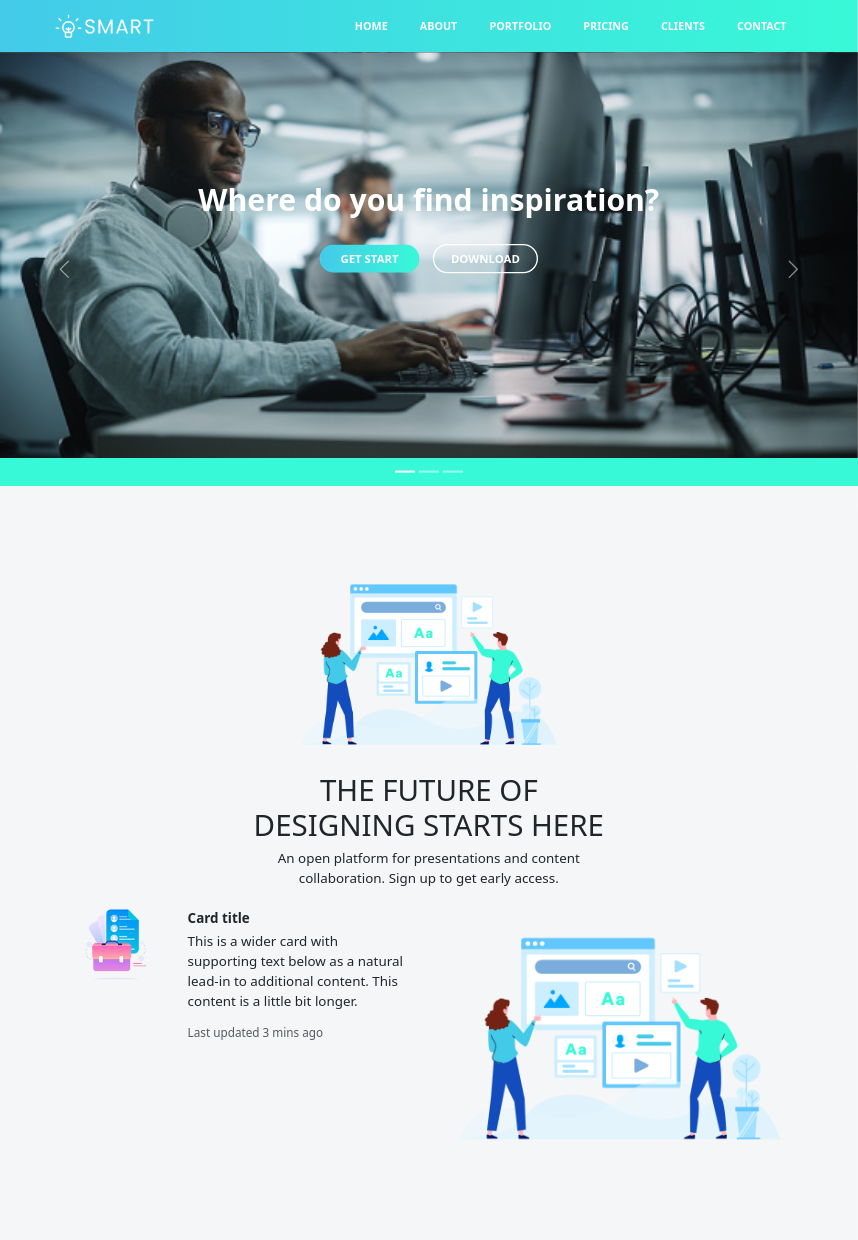
Repository: rizwan-zafar/smart-React
Page: /
The author's editor kept a copy of each file at every save. The page is drawn from the files as they stood at one save, then again after the next save.
The browser window is 1280 px wide. The pictures show the whole page, at 67% of full size.
The project was rebuilt for these pictures with package versions that can differ from the ones it lists, and the page was loaded fresh each time.

Above is the page before, as saved 2022-11-17 11:25:56.

### public/index.html
<!DOCTYPE html>
<html lang="en">
  <head>
    <meta charset="utf-8" />
    <link rel="icon" href="%PUBLIC_URL%/favicon.ico" />
    <meta name="viewport" content="width=device-width, initial-scale=1" />
    <meta name="theme-color" content="#000000" />
    <meta
      name="description"
      content="Web site created using create-react-app"
    />
    <link rel="apple-touch-icon" href="%PUBLIC_URL%/logo192.png" />
    <!--
      manifest.json provides metadata used when your web app is installed on a
      user's mobile device or desktop. See https://developers.google.com/web/fundamentals/web-app-manifest/
    -->
    <link rel="manifest" href="%PUBLIC_URL%/manifest.json" />
    <!--
      Notice the use of %PUBLIC_URL% in the tags above.
      It will be replaced with the URL of the `public` folder during the build.
      Only files inside the `public` folder can be referenced from the HTML.

      Unlike "/favicon.ico" or "favicon.ico", "%PUBLIC_URL%/favicon.ico" will
      work correctly both with client-side routing and a non-root public URL.
      Learn how to configure a non-root public URL by running `npm run build`.
    -->
    <title>React App</title>
  </head>
  <body>
    <noscript>You need to enable JavaScript to run this app.</noscript>
    <div id="root"></div>

   </body>
</html>

### src/index.js
import React from 'react';
import './index.css';
import "../node_modules/bootstrap/dist/css/bootstrap.min.css"
import "../node_modules/bootstrap/dist/js/bootstrap.min.js"
import "./Components/FontawsomeIcons"
import ReactDOM from 'react-dom/client';
import App from './App';
const root = ReactDOM.createRoot(document.getElementById('root'));
root.render(
  <React.StrictMode>
    <App />
  </React.StrictMode>
);

// If you want to start measuring performance in your app, pass a function
// to log results (for example: reportWebVitals(console.log))
// or send to an analytics endpoint. Learn more: https://bit.ly/CRA-vitals

### src/Components/FontawsomeIcons/index.js
import {library} from "@fortawesome/fontawesome-svg-core"
import {faUser,faBars,faPlus} from "@fortawesome/free-solid-svg-icons"
library.add(faUser,faBars,faPlus)

### src/App.js
 import HomePage from "./Pages/Home"
function App() {
  return (
    <div className="App">
        <HomePage />
    </div>
  );
}

export default App;

### src/Pages/Home.js
import React from 'react'
import Navbar from "../Components/Navbar"
import Slider from "../Components/Slider"
import Service from "../Components/Service";
export default function Home() {
    return (
        <div>
            <Navbar />
            <Slider />
            <Service />
        </div>
    )
}

### src/Components/Navbar.js
import React from 'react'
import "../Css/Navbar.css"

import { FontAwesomeIcon } from "@fortawesome/react-fontawesome"
export default function Navbar() {
    const [hamburgerIcon, setHamburgerIcon] = React.useState('bars')
    const [rotateIcon, setRotateIcon] = React.useState('')
    const handleHumBurger = (hamburgerIcon) => {
        if (hamburgerIcon === 'bars') {
            setRotateIcon('icon-rotate')
            setHamburgerIcon('plus')
        } else {
            setRotateIcon('anti-icon-rotate')
            setHamburgerIcon("bars")
        }
    }
     return (
        <div className="NavContainer">
            <nav className="navbar navbar-expand-lg navbar-dark">
                <div className="container">
                    <a className="navbar-brand" href="/">
                        <img className="img-fluid" src="Images/logo.png" alt="not found" />
                    </a>
                    <div className="navbar-toggler" type="button" data-bs-toggle="collapse"   onClick={() => { handleHumBurger(hamburgerIcon) }} data-bs-target="#navbarNav" aria-controls="navbarNav" aria-expanded="false" aria-label="Toggle navigation">
                        <FontAwesomeIcon  className={rotateIcon} icon={hamburgerIcon}  />
                    </div>
                    <div className="collapse navbar-collapse navSetting" id="navbarNav">
                        <ul className="navbar-nav ms-auto">
                            <li className="nav-item">
                                <a className="nav-link active" aria-current="page" href="/">Home</a>
                            </li>
                            <li className="nav-item">
                                <a className="nav-link" href="/">ABOUT</a>
                            </li>
                            <li className="nav-item">
                                <a className="nav-link" href="/">PORTFOLIO</a>
                            </li>

                            <li className="nav-item">
                                <a className="nav-link" href="/">PRICING</a>
                            </li>

                            <li className="nav-item">
                                <a className="nav-link" href="/">CLIENTS</a>
                            </li>

                            <li className="nav-item">
                                <a className="nav-link" href="/">CONTACT</a>
                            </li>

                        </ul>
                    </div>
                </div>
            </nav>
        </div>
    )
}

### src/Components/Slider.js
import React from 'react'
import "../Css/Slider.css"

export default function Slider() {
    return (
        <div className="sliderContainer">
            <div id="carouselExampleCaptions" className="carousel slide" data-bs-ride="false">

                <div className="carousel-indicators">
                    <button type="button" data-bs-target="#carouselExampleCaptions" data-bs-slide-to="0" className="active" aria-current="true" aria-label="Slide 1"></button>
                    <button type="button" data-bs-target="#carouselExampleCaptions" data-bs-slide-to="1" aria-label="Slide 2"></button>
                    <button type="button" data-bs-target="#carouselExampleCaptions" data-bs-slide-to="2" aria-label="Slide 3"></button>
                </div>

                <div className="carousel-inner">
                    <div className="carousel-item active bg-cover slide-image1">
                        <div className="carousel-caption">
                            <p> If not now, then when?</p>
                            <div>
                                <button className="btn btn1">Get Start</button>
                                <button className="btn btn2">Download</button>
                            </div>
                        </div>
                    </div>
                    <div className="carousel-item active bg-cover slide-image2">
                        <div className="carousel-caption">
                            <p>What does your joy look like today?</p>
                            <div>
                                <button className="btn btn1">Get Start</button>
                                <button className="btn btn2">Download</button>
                            </div>
                        </div>
                    </div>
                    <div className="carousel-item active bg-cover slide-image3">
                        <div className="carousel-caption">
                            <p>Where do you find inspiration?</p>
                            <div>
                                <button className="btn btn1">Get Start</button>
                                <button className="btn btn2">Download</button>
                            </div>
                        </div>
                    </div>
                </div>
                <button className="carousel-control-prev" type="button" data-bs-target="#carouselExampleCaptions" data-bs-slide="prev">
                    <span className="carousel-control-prev-icon" aria-hidden="true"></span>
                    <span className="visually-hidden">Previous</span>
                </button>
                <button className="carousel-control-next" type="button" data-bs-target="#carouselExampleCaptions" data-bs-slide="next">
                    <span className="carousel-control-next-icon" aria-hidden="true"></span>
                    <span className="visually-hidden">Next</span>
                </button>
            </div>
        </div>
    )
}

### src/Components/Service.js
import React from 'react'
import "../Css/Services.css"
export default function Service() {
    return (
        <div className="services">

            <div className="text-center">
                <img class="custom-image" src="/Images/services.png" alt="Services" />
                <div className='container custom-container'>
                    <h4>The future of designing starts here</h4>
                    <p>An open platform for presentations and content collaboration. Sign up to get early access.</p>
                </div>
            </div>
            {/* style={{max-width: 540px;}} */}
            <div className="container text-center">
                <div className="row">
                    <div className="col-xs-12 col-sm-12 col-md-6 col-lg-6 col-xl-6 ">
                        <div class="card mb-3" >
                            <div className="row g-0">
                                <div className="col-md-4">
                                    <img src="/Images/icon-1.png" className="img-fluid rounded-start" alt="..." />
                                </div>
                                <div className="col-md-8">
                                    <div className="card-body text-start">
                                        <h5 className="card-title fw-bold">Card title</h5>
                                        <p className="card-text">This is a wider card with supporting text below as a natural lead-in to additional content. This content is a little bit longer.</p>
                                        <p className="card-text"><small className="text-muted">Last updated 3 mins ago</small></p>
                                    </div>
                                </div>
                            </div>
                        </div>

                    </div>

                    <div className="col-xs-12 col-sm-12 col-md-6 col-lg-6 col-xl-6 ">
                        <img class="img-fluid" src="/Images/services.png" alt="Services" />

                    </div>

                </div>
            </div>

        </div>
    )
}

### src/Css/Navbar.css

.NavContainer  .navbar-toggler
{
    color:black;
    border:none;
}
.NavContainer .navbar-brand img{
    max-width: 150px;
}
.NavContainer .navbar-dark
{
    background: linear-gradient(to right,#43cae9, #38f9d7 100%)
}

.NavContainer .navbar-nav li{
   padding: 11px 16px;
 }
.NavContainer .navbar-nav li a{
color:#fff;
font-weight: 700;
text-transform: uppercase;
font-size: 16px;
}



@media (min-width: 1200px)
{
.NavContainer .container {
    max-width: 1140px;
}
}


@media (max-width: 991px)
 {
    .NavContainer .navSetting
    {
        position: absolute;
        top: 100%;
        left: 0;
        width: 100%;
        background: linear-gradient(to right,#43cae9, #38f9d7 100%);
        z-index: 8;
        padding: 10px 16px;
        -webkit-box-shadow: 0 3px 6px 0 rgb(0 0 0 / 16%);
        -moz-box-shadow: 0 3px 6px 0 rgba(0, 0, 0, 0.16);
        box-shadow: 0 3px 6px 0 rgb(0 0 0 / 16%);
    }
 }

 .NavContainer .icon-rotate {
   transform:rotate(90deg);
    transition: 0.5s;

  }
 .NavContainer .anti-icon-rotate {
   transform:rotate(-0deg);
    transition: 0.5s;

  }

### src/Css/Slider.css
.sliderContainer .carousel-inner .bg-cover{
     height: 90vh;
     background-size: cover;
     background-repeat: no-repeat;
     background-position: center center;
}
.sliderContainer .slide-image1{
    background-image: url("/public/Images/slider-1.jpg");
}
.sliderContainer .slide-image2{
    background-image: url("/public/Images/slider-2.jpg");
}
.sliderContainer .slide-image3{
    background-image: url("/public/Images/slider-3.jpg");
}

.sliderContainer .carousel-caption
{

    position: absolute;
    right: 15%;
    bottom: 1.25rem;
    left: 15%;
    padding-top: 1.25rem;
    padding-bottom: 1.25rem;
    color: #fff;
    text-align: center;
    font-size: 45px;
    font-weight: bold;
    top: 23vh;

}
.sliderContainer .btn1{

    margin: 10px;
    background: linear-gradient(to right,#43cae9, #38f9d7 100%);
    padding: 7px 30px 7px 30px;
    font-weight: bold;
    color: white;
    font-size: 17px;
    border-radius: 29px;
    text-transform: uppercase;

}

.sliderContainer .btn2{
    margin: 10px;
    background:  transparent;
    padding: 7px 25px 7px 25px;
    font-weight: bold;
    color: white;
    font-size: 17px;
    border-radius: 29px;
    border: 2px solid white;
    text-transform: uppercase;

}
.sliderContainer .carousel-indicators{
    margin-right: 0;
    margin-left: 0;
    margin-bottom: 0;
    background: #38f9d7;
    padding: 10px;
}
@media (max-width: 991px)
 {
    .sliderContainer .carousel-inner .bg-cover
    {
        height: 350px;
    }

   .sliderContainer .carousel-caption
   {
       font-size: 25px ;
       top: 11vh;
       font-weight: bolder;
   }

   .sliderContainer .btn
   {
    font-size: 15px;
    }
   .sliderContainer .btn
   {
    font-size: 15px;
    }

    .sliderContainer .carousel-indicators{
        margin-right: 0;
        margin-left: 0;
        margin-bottom: 0;
        background: transparent;

    }
 }

### src/Css/Services.css
.services{
    padding-top:100px;
    padding-bottom:100px;
    background-color: #f4f6f7;
}
.services .custom-container h4{
    font-size: 44px;
    text-transform: uppercase;

}
.services p{
    font-size: 20px;
}
.services .custom-image
{
max-width: 34%;
height: auto;
}
.services .custom-container
{
    max-width: 600px;
}
.services .card{
    border: none;
    background-color: transparent;
}
@media (max-width: 991px)
 {
    .services .custom-image
    {
    max-width: 100%;
    height: auto;
    }
    .services h4{
        font-size: 25px;
       text-transform: uppercase;
    }
    .services p{
        font-size: 16px;
     }
 }

Loaded but not shown: src/index.css (common file)

After the next save:
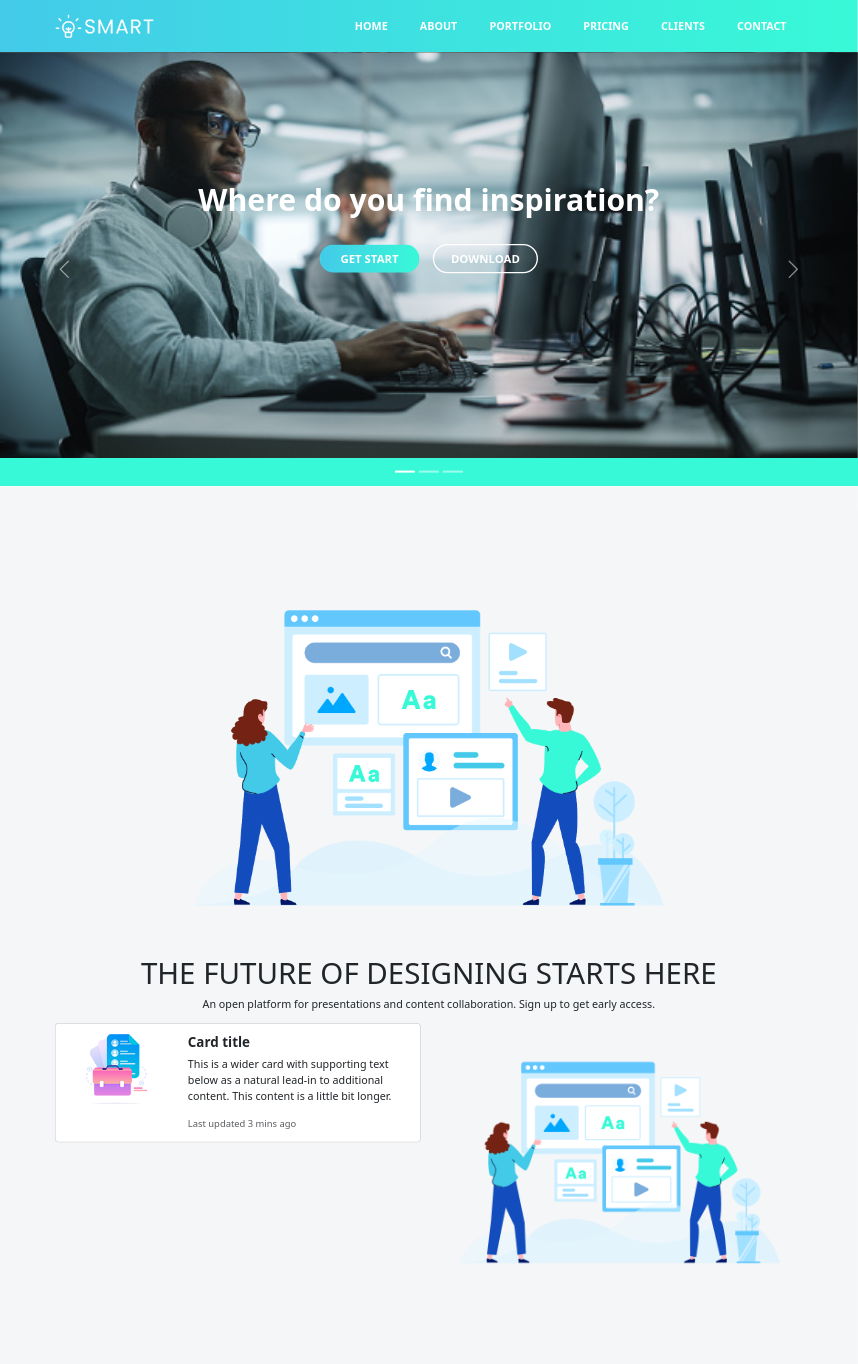
Saved 72 s later.
--- a/src/Css/Services.css
+++ b/src/Css/Services.css
@@ -8,7 +8,8 @@
     text-transform: uppercase;
 
 }
-.services p{
+.services .custom-container h4{
+    .services  p{
     font-size: 20px;
 }
 .services .custom-image

After the save that followed:
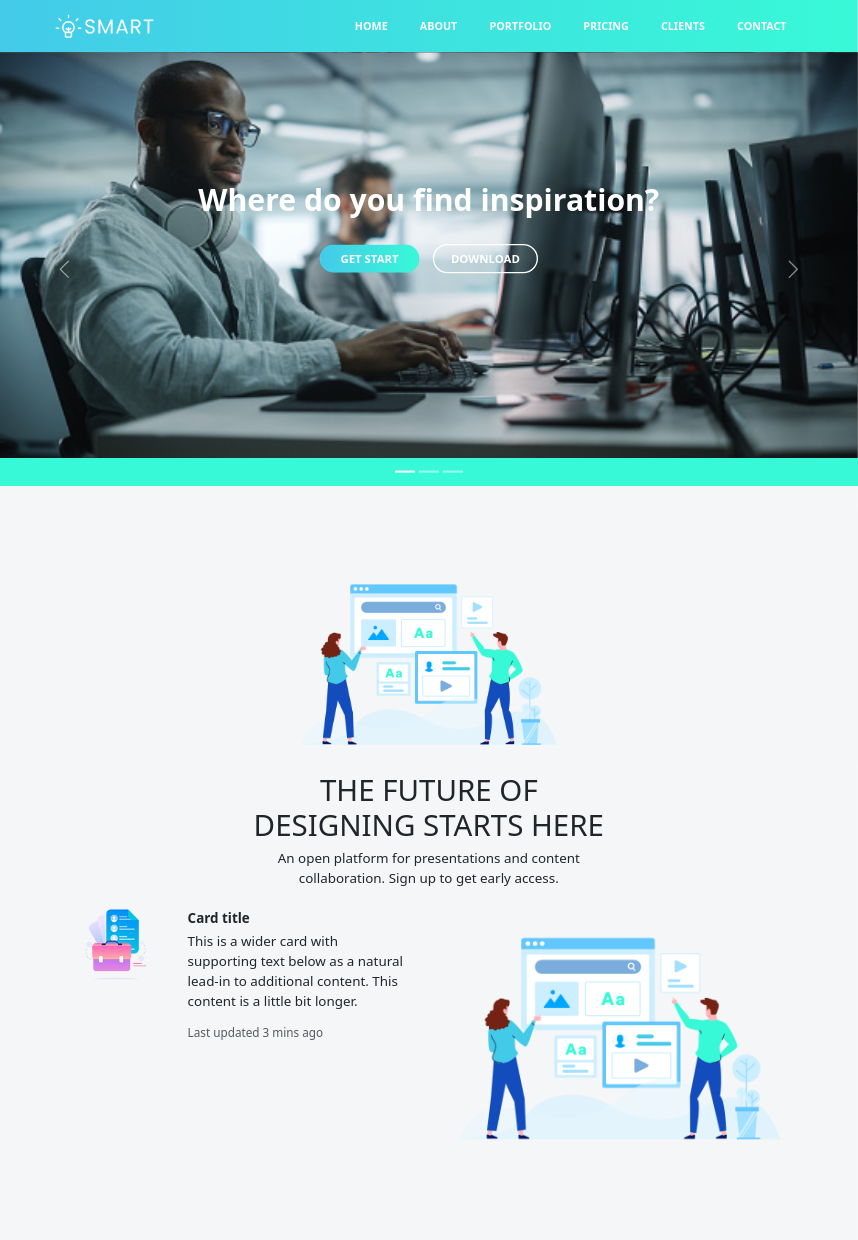
Saved 10 s later.
--- a/src/Css/Services.css
+++ b/src/Css/Services.css
@@ -8,8 +8,7 @@
     text-transform: uppercase;
 
 }
-.services .custom-container h4{
-    .services  p{
+.services  p{
     font-size: 20px;
 }
 .services .custom-image
